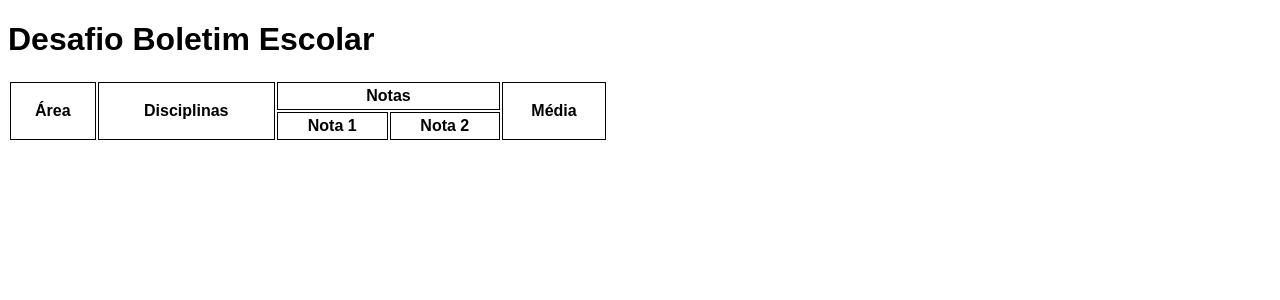
Repository: railsondev/html-css
Page: Módulo3/Desafio/D05 - Tabela Boletim escolar/boletim.html
An editor plug-in stored every save of this project. The page is shown before and after the next save, followed by the edit.
The browser window is 1280 px wide. The pictures show the whole page.

Above is the page before, as saved 2024-10-22 12:22:14.

After the next save:
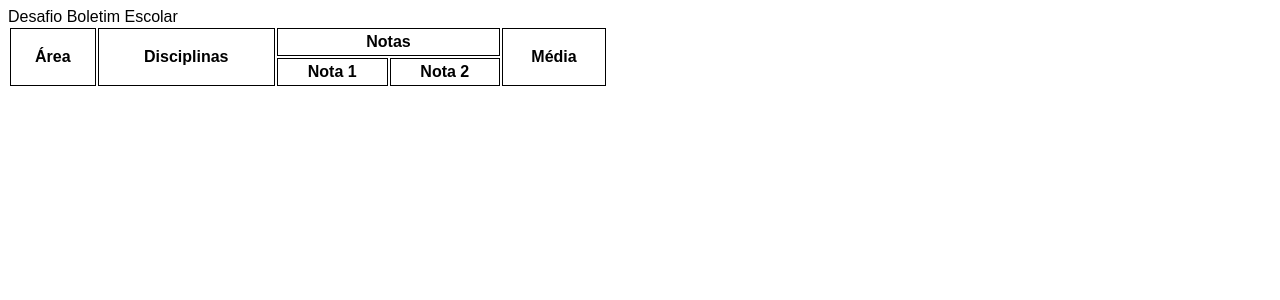
Saved 48 s later.
--- a/Módulo3/Desafio/D05 - Tabela Boletim escolar/boletim.html
+++ b/Módulo3/Desafio/D05 - Tabela Boletim escolar/boletim.html
@@ -7,7 +7,7 @@
   <link rel="stylesheet" href="src/css/estilo.css">
 </head>
 <body>
-  <h1>Desafio Boletim Escolar</h1>
+  Desafio Boletim Escolar</h1>
   <table>
     <thead>
       <tr>
